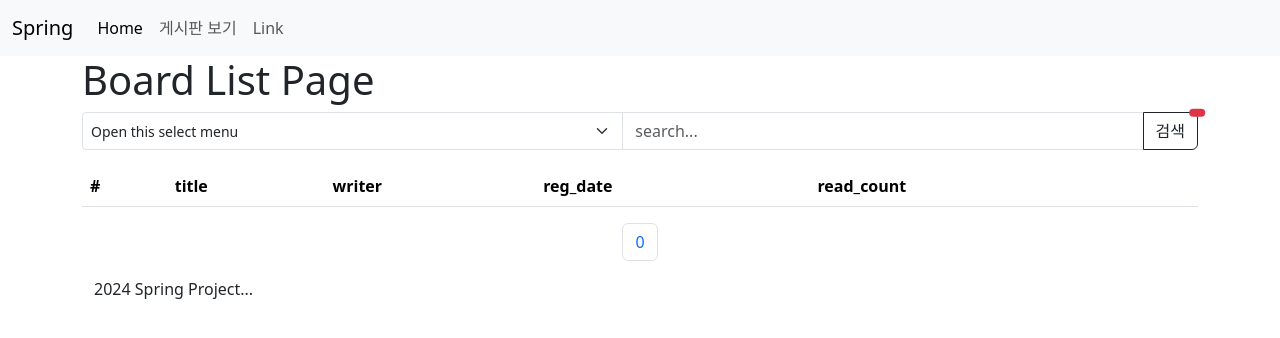
Repository: oco0217/SpringTest2
Page: http://localhost/spring_test2/WEB-INF/views/board/list.jsp
These files come from the project's save history. The page is drawn as it stood at one moment and after the next save; the edit follows.
The browser window is 1280 px wide. The pictures show the whole page.
The page is served by Tomcat 9. Nobody is signed in. Other server files are loaded and not shown. The template is opened directly, without the code that normally fills it, so the values that code supplies are empty.

Above is the page before, as saved 2024-05-01 03:21:21.

### spring_test2/src/main/webapp/WEB-INF/views/board/list.jsp
<%@ page language="java" contentType="text/html; charset=UTF-8"
	pageEncoding="UTF-8"%>
<%@ taglib uri="http://java.sun.com/jsp/jstl/core" prefix="c"%>

<jsp:include page="../layout/header.jsp" />

<div class="container-md">

	<h1>Board List Page</h1>

	<!-- 검색라인 -->
	<form class="d-flex" action="/board/list" method="get">
		<div class="input-group mb-3">
			<select name="type" class="form-select form-select-sm"
				aria-label="Small select example">
				<option ${ph.pgvo.type == null ? 'selected' : '' } selected >Open this select menu</option>
				<option ${ph.pgvo.type eq 't' ? 'selected' : '' } value="t">게시글</option>
				<option ${ph.pgvo.type eq 'w' ? 'selected' : '' } value="w">작성자</option>
				<option ${ph.pgvo.type eq 'c' ? 'selected' : '' } value="c">내용</option>
				<option ${ph.pgvo.type eq 'tc' ? 'selected' : '' } value="tc">제목+내용</option>
				<option ${ph.pgvo.type eq 'wc' ? 'selected' : '' } value="wc">작성자+내용</option>
				<option ${ph.pgvo.type eq 'tw' ? 'selected' : '' } value="tw">제목+작성자</option>
				<option ${ph.pgvo.type eq 'twc' ? 'selected' : '' } value="twc">전체</option>
			</select>
			<input name="keyword" type="text" class="form-control"aria-label="Text input with dropdown button" placeholder="search..." value="${ph.pgvo.keyword}">
				<input type="hidden" name="pageNo" value="1" >
				<input type="hidden" name="qty" value="10">
			<button type="submit" class="btn btn-outline-dark position-relative">
				검색 <span
					class="position-absolute top-0 start-100 translate-middle badge rounded-pill bg-danger">
					${ph.totalCount } <span class="visually-hidden">unread messages</span>
				</span>
			</button>
		</div>
	</form>


	<table class="table table-hover">
		<thead>
			<tr>
				<th>#</th>
				<th>title</th>
				<th>writer</th>
				<th>reg_date</th>
				<th>read_count</th>
				<th></th>
			</tr>
		</thead>

		<tbody>
			<c:forEach items="${list }" var="li">
				<tr>
					<td>${li.bno }</td>
					<td>
					<a href="/board/detail?bno=${li.bno }">${li.title }
					<c:if test="${li. cmt_qty ne 0}">
					<strong style="color: red;">[${li.cmt_qty }]</strong>
					</c:if>
					</a></td>
					<td>${li.writer }</td>
					<td>${li.reg_date }</td>
					<td>${li.read_count }</td>
					<td>
					<c:if test="${li.has_file ne 0 }">
					<span class="badge text-bg-info">
					${li.has_file } Image Upload
					</span>
					</c:if>
					</td>
				</tr>
			</c:forEach>
		</tbody>
	</table>


	<!-- 페이지네이션 -->

	<nav aria-label="Page navigation example">
		<ul class="pagination justify-content-center">

		<c:if test="${ph.prev }">
			<li class="page-item"><a class="page-link" href="/board/list?pageNo=${ph.startPage-1 }&qty=${ph.pgvo.qty}&type=${ph.pgvo.type}&keyword=${ph.pgvo.keyword}"
				aria-label="Previous"> <span aria-hidden="true">&laquo;</span></a></li>
		</c:if>


				<c:forEach begin="${ph.startPage }" end="${ph.endPage }" var="i">
			<li class="page-item"><a class="page-link" href="/board/list?pageNo=${i }&qty=${ph.pgvo.qty}&type=${ph.pgvo.type}&keyword=${ph.pgvo.keyword}"> ${i } </a></li>
				</c:forEach>

				<c:if test="${ph.next }">
			<li class="page-item"><a class="page-link" href="/board/list?pageNo=${ph.endPage+1 }&qty=${ph.pgvo.qty}&type=${ph.pgvo.type}&keyword=${ph.pgvo.keyword}"
				aria-label="Next"> <span aria-hidden="true">&raquo;</span>
			</a></li>
				</c:if>
		</ul>
	</nav>


	<jsp:include page="../layout/footer.jsp" />
</div>

### spring_test2/src/main/webapp/WEB-INF/views/layout/header.jsp
<%@ page language="java" contentType="text/html; charset=UTF-8"
    pageEncoding="UTF-8"%>
    <%@ taglib uri="http://java.sun.com/jsp/jstl/core" prefix="c" %>
<!DOCTYPE html>
<html>
<head>
<meta charset="UTF-8">
<title>header.jsp</title>
<link href="https://cdn.jsdelivr.net/npm/bootstrap@5.3.3/dist/css/bootstrap.min.css" rel="stylesheet" integrity="sha384-QWTKZyjpPEjISv5WaRU9OFeRpok6YctnYmDr5pNlyT2bRjXh0JMhjY6hW+ALEwIH" crossorigin="anonymous">
<script src="https://cdn.jsdelivr.net/npm/bootstrap@5.3.3/dist/js/bootstrap.bundle.min.js" integrity="sha384-YvpcrYf0tY3lHB60NNkmXc5s9fDVZLESaAA55NDzOxhy9GkcIdslK1eN7N6jIeHz" crossorigin="anonymous"></script>
</head>
<body>
<nav class="navbar navbar-expand-lg bg-body-tertiary">
  <div class="container-fluid">
    <a class="navbar-brand" href="#">Spring</a>
    <button class="navbar-toggler" type="button" data-bs-toggle="collapse" data-bs-target="#navbarSupportedContent" aria-controls="navbarSupportedContent" aria-expanded="false" aria-label="Toggle navigation">
      <span class="navbar-toggler-icon"></span>
    </button>
    <div class="collapse navbar-collapse" id="navbarSupportedContent">
      <ul class="navbar-nav me-auto mb-2 mb-lg-0">
        <li class="nav-item">
          <a class="nav-link active" aria-current="page" href="/">Home</a>
        </li>
        <c:if test="${ses ne null }">
        <li class="nav-item">
          <a class="nav-link" href="/board/register">게시판 글쓰기</a>
        </li>
        </c:if>
        <li class="nav-item">
          <a class="nav-link" href="/board/list">게시판 보기</a>
        </li>
<%--         <c:if test="${ses eq null }">
        <li class="nav-item">
          <a class="nav-link" href="/member/register">회원가입</a>
        </li>
        <li class="nav-item">
          <a class="nav-link" href="/member/login">로그인</a>
        </li>
        </c:if>
        <c:if test="${ses ne null }">
        <li class="nav-item">
          <a class="nav-link" href="/member/logout">로그아웃</a>
        </li>
        <li class="nav-item">
          <a class="nav-link" href="/member/modify">${ses.id }(${ses.email }) Welcome!!</a>
        </li>
        </c:if> --%>
        <li class="nav-item">
          <a class="nav-link" href="http://www.google.com" target="_blank" >Link</a>
        </li>
      </ul>
    </div>
  </div>
</nav>

### spring_test2/src/main/webapp/WEB-INF/views/layout/footer.jsp
<%@ page language="java" contentType="text/html; charset=UTF-8"
    pageEncoding="UTF-8"%>

<div class="container-md">
2024 Spring Project...
</div>

</body>
</html>

After the next save:
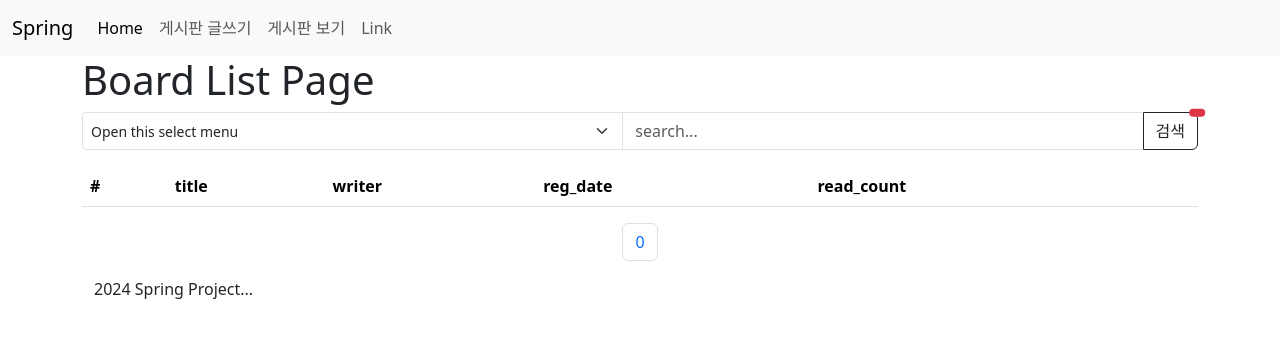
Saved 13 s later.
--- a/spring_test2/src/main/webapp/WEB-INF/views/layout/header.jsp
+++ b/spring_test2/src/main/webapp/WEB-INF/views/layout/header.jsp
@@ -21,11 +21,9 @@
         <li class="nav-item">
           <a class="nav-link active" aria-current="page" href="/">Home</a>
         </li>
-        <c:if test="${ses ne null }">
         <li class="nav-item">
           <a class="nav-link" href="/board/register">게시판 글쓰기</a>
         </li>
-        </c:if>
         <li class="nav-item">
           <a class="nav-link" href="/board/list">게시판 보기</a>
         </li>
